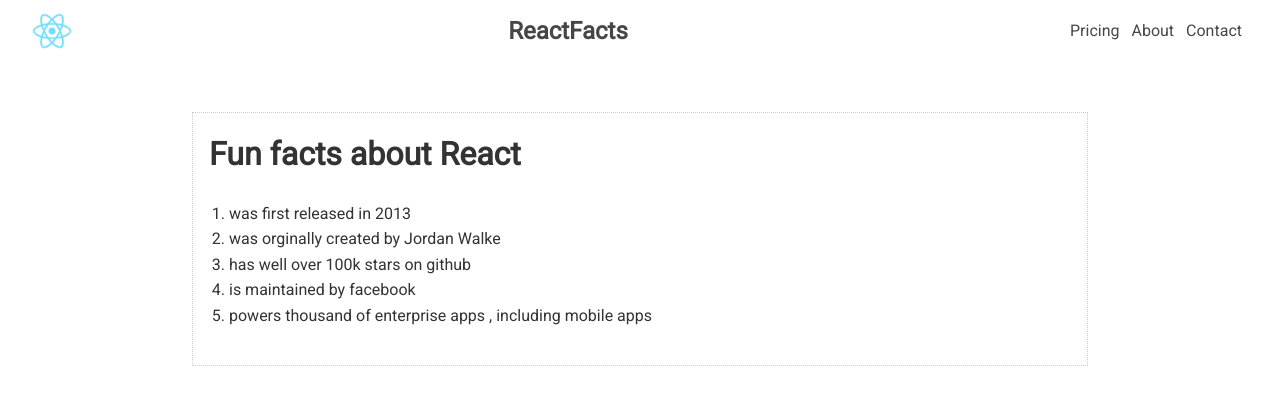
Repository: Richswag009/my-travel-journal
Page: /
The author's editor kept a copy of each file at every save. The page is drawn from the files as they stood at one save, then again after a run of saves.
The browser window is 1280 px wide. The pictures show the whole page.
The project was rebuilt for these pictures with package versions that can differ from the ones it lists, and the page was loaded fresh each time.

Above is the page before, as saved 2022-06-15 12:38:33.

### public/index.html
<!DOCTYPE html>
<html lang="en">
  <head>
    <meta charset="utf-8" />
    <link rel="icon" href="%PUBLIC_URL%/favicon.ico" />
    <meta name="viewport" content="width=device-width, initial-scale=1" />
    <meta name="theme-color" content="#000000" />
    <meta name="description"content="Web site created using create-react-app"/>
    <link rel="apple-touch-icon" href="%PUBLIC_URL%/logo192.png" />
    <link rel="manifest" href="%PUBLIC_URL%/manifest.json" />
    <title>React Fact</title>
  </head>
  <body>
    <noscript>You need to enable JavaScript to run this app.</noscript>
    <div id="root"></div>

  </body>
</html>

### src/App.js

import React,{Component} from 'react';
import './App.css';
import Maincontent from './component/maincontent/Maincontent';
import Navbar from './component/layout/Navbar';
// import Users from './component/users/Users';
class App extends Component{
  render(){

    return (
      <div className="App">
       <Navbar/>
       <Maincontent/>
        </div>
    );
  }
}

export default App;

### src/App.css
@import url('https://fonts.googleapis.com/css?family=Roboto');

/* Global Styles */
:root {
  --primary-color: #dc3545;
  --dark-color: #333333;
  --light-color: #f4f4f4;
  --danger-color: #dc3545;
  --success-color: #28a745;
}

* {
  box-sizing: border-box;
  margin: 0;
  padding: 0;
}

body {
  font-family: 'Roboto', sans-serif;
  font-size: 1rem;
  line-height: 1.6;
  background-color: #fff;
  color: #333;
}

a {
  color: var(--primary-color);
  text-decoration: none;
}

a:hover {
  color: #666;
}

ul {
  list-style: none;
}

img {
  width: 100%;
}

/* Utilities */
.container {
  max-width: 1100px;
  margin: auto;
  overflow: hidden;
  padding: 0 2rem;
}

/* Text Styles*/
.x-large {
  font-size: 4rem;
  line-height: 1.2;
  margin-bottom: 1rem;
}

.large {
  font-size: 3rem;
  line-height: 1.2;
  margin-bottom: 1rem;
}

.lead {
  font-size: 1.5rem;
  margin-bottom: 1rem;
}

.text-center {
  text-align: center;
}

.text-primary {
  color: var(--primary-color);
}

.text-dark {
  color: var(--dark-color);
}

.text-success {
  color: var(--success-color);
}

.text-danger {
  color: var(--danger-color);
}

.text-center {
  text-align: center;
}

.text-right {
  text-align: right;
}

.text-left {
  text-align: left;
}

/* Center All */
.all-center {
  display: flex;
  flex-direction: column;
  width: 100%;
  margin: auto;
  justify-content: center;
  align-items: center;
  text-align: center;
}

/* Cards */
.card {
  padding: 1rem;
  border: #ccc 1px dotted;
  margin: 0.7rem 0;
}

/* List */
.list {
  margin: 0.5rem 0;
}

.list li {
  padding-bottom: 0.3rem;
}

/* Padding */
.p {
  padding: 0.5rem;
}
.p-1 {
  padding: 1rem;
}
.p-2 {
  padding: 2rem;
}
.p-3 {
  padding: 3rem;
}
.py {
  padding: 0.5rem 0;
}
.py-1 {
  padding: 1rem 0;
}
.py-2 {
  padding: 2rem 0;
}
.py-3 {
  padding: 3rem 0;
}

/* Margin */
.m {
  margin: 0.5rem;
}
.m-1 {
  margin: 1rem;
}
.m-2 {
  margin: 2rem;
}
.m-3 {
  margin: 3rem;
}
.my {
  margin: 0.5rem 0;
}
.my-1 {
  margin: 1rem 0;
}
.my-2 {
  margin: 2rem 0;
}
.my-3 {
  margin: 3rem 0;
}

/* Grid */
.grid-2 {
  display: grid;
  grid-template-columns: repeat(2, 1fr);
  grid-gap: 1rem;
}

.grid-3 {
  display: grid;
  grid-template-columns: repeat(3, 1fr);
  grid-gap: 1rem;
}

.grid-4 {
  display: grid;
  grid-template-columns: repeat(4, 1fr);
  grid-gap: 1rem;
}

.btn {
  display: inline-block;
  background: var(--light-color);
  color: #333;
  padding: 0.4rem 1.3rem;
  font-size: 1rem;
  border: none;
  cursor: pointer;
  margin-right: 0.5rem;
  transition: opacity 0.2s ease-in;
  outline: none;
}

.btn-link {
  background: none;
  padding: 0;
  margin: 0;
}

.btn-block {
  display: block;
  width: 100%;
}

.btn-sm {
  font-size: 0.8rem;
  padding: 0.3rem 1rem;
  margin-right: 0.2rem;
}

.badge {
  display: inline-block;
  font-size: 0.8rem;
  padding: 0.2rem 0.7rem;
  text-align: center;
  margin: 0.3rem;
  background: var(--light-color);
  color: #333;
  border-radius: 5px;
}

.alert {
  padding: 0.7rem;
  margin: 1rem 0;
  opacity: 0.9;
  background: var(--light-color);
  color: #333;
}

.btn-primary,
.bg-primary,
.badge-primary,
.alert-primary {
  background: var(--primary-color);
  color: #fff;
}

.btn-light,
.bg-light,
.badge-light,
.alert-light {
  background: var(--light-color);
  color: #333;
}

.btn-dark,
.bg-dark,
.badge-dark,
.alert-dark {
  background: var(--dark-color);
  color: #fff;
}

.btn-danger,
.bg-danger,
.badge-danger,
.alert-danger {
  background: var(--danger-color);
  color: #fff;
}

.btn-success,
.bg-success,
.badge-success,
.alert-success {
  background: var(--success-color);
  color: #fff;
}

.btn-white,
.bg-white,
.badge-white,
.alert-white {
  background: #fff;
  color: #333;
  border: #ccc solid 1px;
}

.btn:hover {
  opacity: 0.8;
}

.bg-light,
.badge-light {
  border: #ccc solid 1px;
}

.round-img {
  border-radius: 50%;
}

/* Forms */
input {
  margin: 1.2rem 0;
}

.form-text {
  display: block;
  margin-top: 0.3rem;
  color: #888;
}

input[type='text'],
input[type='email'],
input[type='password'],
input[type='date'],
select,
textarea {
  display: block;
  width: 100%;
  padding: 0.4rem;
  font-size: 1.2rem;
  border: 1px solid #ccc;
}

input[type='submit'],
button {
  font: inherit;
}

table th,
table td {
  padding: 1rem;
  text-align: left;
}

table th {
  background: var(--light-color);
}

/* Navbar */
.navbar {
  display: flex;
  justify-content: space-between;
  align-items: center;
  padding: 0.7rem 2rem;
  z-index: 1;
  width: 100%;
  opacity: 0.9;
  margin-bottom: 1rem;
}

.navbar ul {
  display: flex;
}
.navbar ul li{
  padding:0 6px ;
}

.navbar a {
  color: #fff;
  padding: 0.45rem;
  margin: 0 0.25rem;
}

.navbar a:hover {
  color: var(--light-color);
}

.navbar .welcome span {
  margin-right: 0.6rem;
}

/* Mobile Styles */
@media (max-width: 700px) {
  .hide-sm {
    display: none;
  }

  .grid-2,
  .grid-3,
  .grid-4 {
    grid-template-columns: 1fr;
  }

  /* Text Styles */
  .x-large {
    font-size: 3rem;
  }

  .large {
    font-size: 2rem;
  }

  .lead {
    font-size: 1rem;
  }

  /* Navbar */
  .navbar {
    display: block;
    text-align: center;
  }

  .navbar ul {
    text-align: center;
    justify-content: center;
  }
}

### src/component/maincontent/Maincontent.js
import React, { Component } from 'react'

export default class Maincontent extends Component {



    render() {
        return (
            <div className=' grid card ' style={{width:'70%',margin:'50px auto'}}>
               <h1>Fun facts about React</h1>
               <ol style={{margin:'20px'}}>
                <li>was first released in 2013</li>
                <li>was orginally created by Jordan Walke</li>
                <li>has well over 100k stars on github</li>
                <li>is maintained by facebook</li>
                <li>powers thousand of enterprise apps , including mobile apps</li>
               </ol>
            </div>
        )
    }

}

### src/component/layout/Navbar.js
import React, { Component } from 'react'
import logo from '../layout/logo192.png'


export default class Navbar extends Component {


    render() {
        return (
            <div>
                <nav className='navbar'>
                 <img src={logo} alt="" style={{width:'40px',dispaly:'block'}} />
                 <h1>ReactFacts</h1>

                <ul className='px-2'>
                    <li>Pricing </li>
                    <li>About </li>
                    <li>Contact </li>
                </ul>
                </nav>
            </div>
        )
    }
}

Loaded but not shown: src/index.js (common file)

After the next 3 saves:
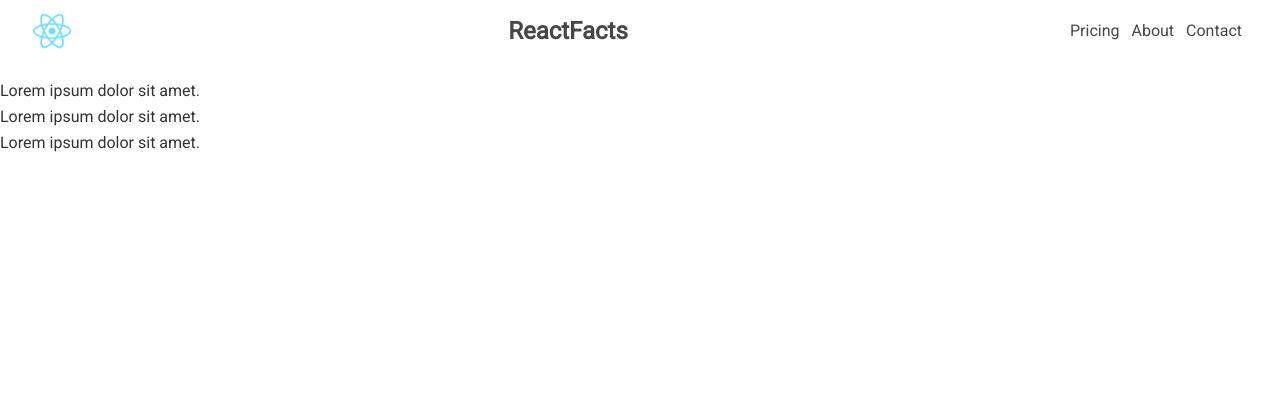
The 3 saves are shown as one change because 2 did not build or start.
The last was saved 5 min 24 s later.
--- a/src/component/maincontent/Maincontent.js
+++ b/src/component/maincontent/Maincontent.js
@@ -1,22 +1,36 @@
-import React, { Component } from 'react'
-
-export default class Maincontent extends Component {
+// import React, { Component } from 'react'
+import { render } from "@testing-library/react";
+import React from "react";
+// export default class Maincontent extends Component {
 
 
 
-    render() {
+//     render() {
+//         return (
+//             <div className=' grid card ' style={{width:'70%',margin:'50px auto'}}>
+//                <h1>Fun facts about React</h1>
+//                <ol style={{margin:'20px'}}>
+//                 <li>was first released in 2013</li>
+//                 <li>was orginally created by Jordan Walke</li>
+//                 <li>has well over 100k stars on github</li>
+//                 <li>is maintained by facebook</li>
+//                 <li>powers thousand of enterprise apps , including mobile apps</li>
+//                </ol>
+//             </div>
+//         )
+//     }
+
+// }
+function page(){
+    render()
         return (
-            <div className=' grid card ' style={{width:'70%',margin:'50px auto'}}>
-               <h1>Fun facts about React</h1>
-               <ol style={{margin:'20px'}}>
-                <li>was first released in 2013</li>
-                <li>was orginally created by Jordan Walke</li>
-                <li>has well over 100k stars on github</li>
-                <li>is maintained by facebook</li>
-                <li>powers thousand of enterprise apps , including mobile apps</li>
-               </ol>
+            <div>
+                <ol>
+                    <li>Lorem ipsum dolor sit amet.</li>
+                    <li>Lorem ipsum dolor sit amet.</li>
+                    <li>Lorem ipsum dolor sit amet.</li>
+                </ol>
             </div>
         )
-    }
 
-}
+}export default page
